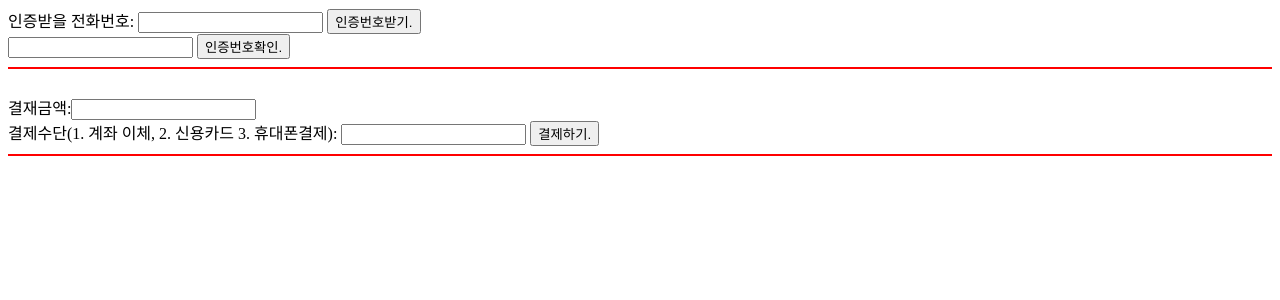
Repository: Yusubin/springEx
Page: http://localhost/spring04/ajax1.jsp
The author's editor kept a copy of each file at every save. The page is drawn from the files as they stood at one save, then again after a run of saves.
The browser window is 1280 px wide. The pictures show the whole page.
The page is served by Tomcat 9.

Above is the page before, as saved 2022-02-17 08:51:31.

After the next 2 saves:
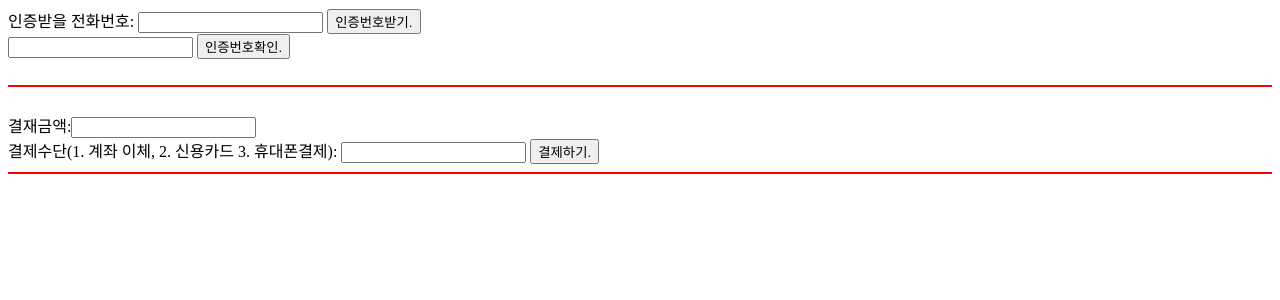
The 2 saves are shown as one change because they came seconds apart.
The last was saved 31 s later.
--- a/spring04/src/main/webapp/ajax1.jsp
+++ b/spring04/src/main/webapp/ajax1.jsp
@@ -57,14 +57,15 @@ $(function(){
 <button id="b1">인증번호받기.</button><br>
 <input type="text" id="confirm">
 <button id="b3">인증번호확인.</button><br>
-
+<div id="result"></div>
+<br>
 <hr color="red"><br>
 결재금액:<input type="text" id="money"><br>
 결제수단(1. 계좌 이체, 2. 신용카드 3. 휴대폰결제): <input type="text" id="choice">
 <button id="b2">결제하기.</button><br>
 
 <hr color="red">
-<div id="result"></div>
+
 <div id="result1"></div>
 </body>
 </html>
